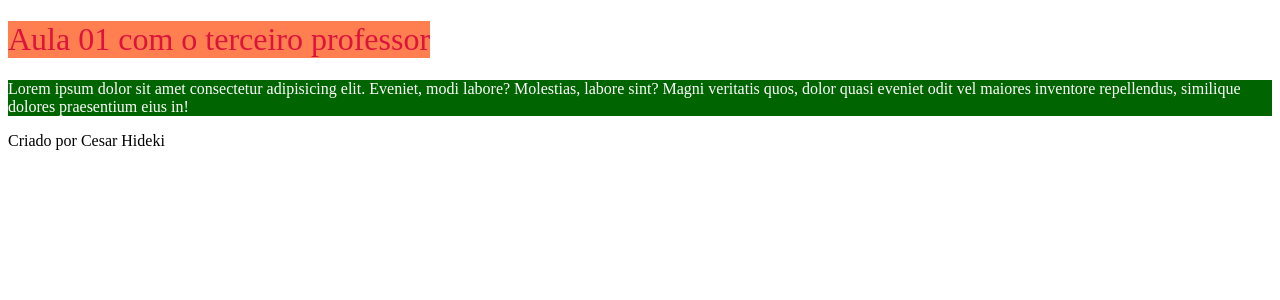
Repository: geracao-11/aula-01-pt2
Page: index.html
These files come from the project's save history. The page is drawn as it stood at one moment and after the next save; the edit follows.
The browser window is 1280 px wide. The pictures show the whole page.

Above is the page before, as saved 2025-04-09 10:22:22.

### index.html
<!DOCTYPE html>
<html lang="en">
  <head>
    <meta charset="UTF-8" />
    <meta name="viewport" content="width=device-width, initial-scale=1.0" />
    <title>AULA 01</title>
    <link rel="stylesheet" href="style.css" />
  </head>
  <body>
    <header></header>
    <main>
      <h1>Aula 01 com o terceiro professor</h1>
      <div>
        <p>Lorem ipsum dolor sit amet consectetur adipisicing elit. Eveniet, modi labore? Molestias, labore sint? Magni veritatis quos, dolor quasi eveniet odit vel maiores inventore repellendus, similique dolores praesentium eius in!</p>
      </div>
      <div>
        <a
      </div>
    </main>
    <footer>Criado por Cesar Hideki</footer>
  </body>
</html>

### style.css
h1 {
    font-size: xx-large;
    font-weight: lighter;
    color: crimson;
    background-color: coral;
    max-width: fit-content;
}

div {
    max-width: fit-content;
    background-color: darkgreen;
    color: white;
}

After the next save:
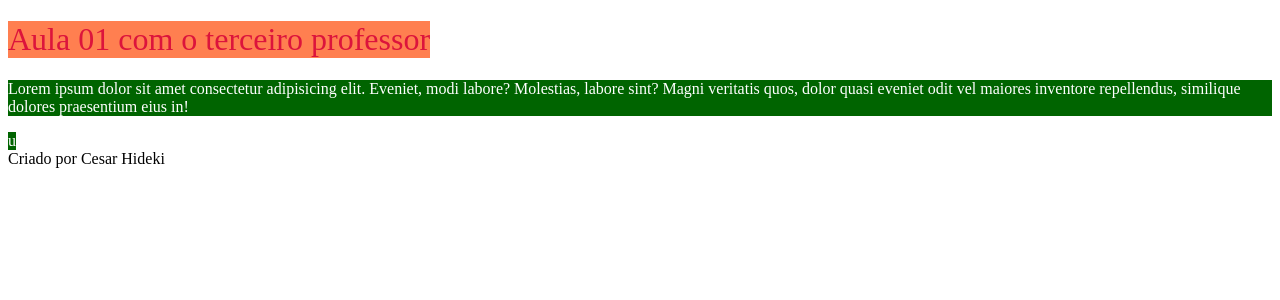
Saved 11 s later.
--- a/index.html
+++ b/index.html
@@ -14,7 +14,7 @@
         <p>Lorem ipsum dolor sit amet consectetur adipisicing elit. Eveniet, modi labore? Molestias, labore sint? Magni veritatis quos, dolor quasi eveniet odit vel maiores inventore repellendus, similique dolores praesentium eius in!</p>
       </div>
       <div>
-        <a
+        u
       </div>
     </main>
     <footer>Criado por Cesar Hideki</footer>
